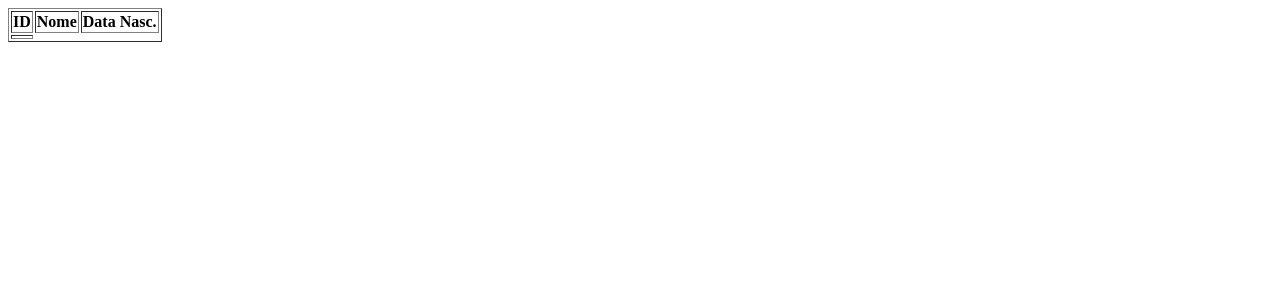
Repository: Frm2003/Laboratorio-de-Banco-de-Dados
Page: ExemploHTML/src/main/webapp/index.html
The author's editor kept a copy of each file at every save. The page is drawn from the files as they stood at one save, then again after the next save.
The browser window is 1280 px wide. The pictures show the whole page.

Above is the page before, as saved 2023-08-08 12:40:33.

### ExemploHTML/src/main/webapp/index.html
<!DOCTYPE html>
<html>

<head>
	<meta charset="ISO-8859-1">
	<title>Exemplo</title>
</head>

<body>
	<div>
		<table border="1">
			<thead>
				<tr>
					<th><b>ID</b></th>
					<th><b>Nome</b></th>
					<th><b>Data Nasc.</b></th>
				</tr>
			</thead>
			<tbody>
				<td></td>
			</tbody>
		</table>
	</div>
</body>

</html>

After the next save:
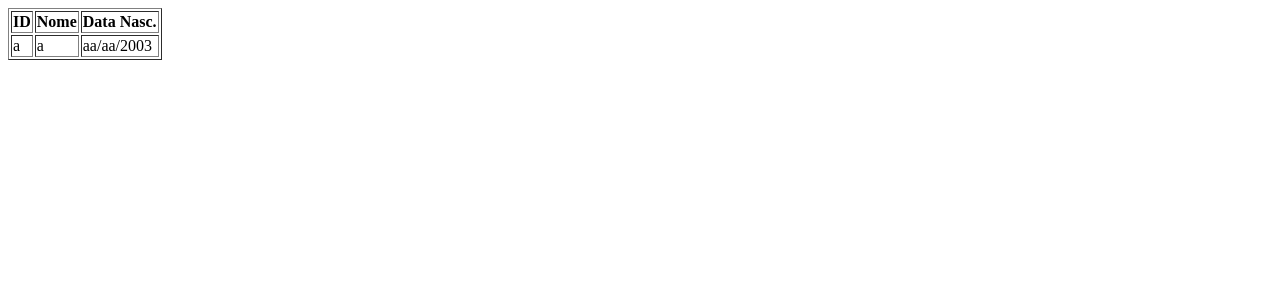
Saved 43 s later.
--- a/ExemploHTML/src/main/webapp/index.html
+++ b/ExemploHTML/src/main/webapp/index.html
@@ -17,7 +17,9 @@
 				</tr>
 			</thead>
 			<tbody>
-				<td></td>
+				<td>a</td>
+				<td>a</td>
+				<td>aa/aa/2003</td>
 			</tbody>
 		</table>
 	</div>
